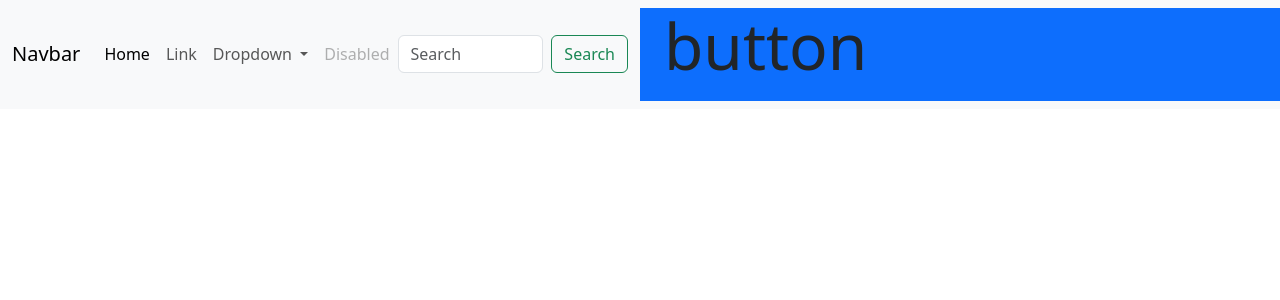
Repository: Riyakashiwala/practical
Page: riya 6th sem/book website.html
An editor plug-in stored every save of this project. The page is shown before and after the next save, followed by the edit.
The browser window is 1280 px wide. The pictures show the whole page.

Above is the page before, as saved 2024-12-11 06:34:24.

After the next save:
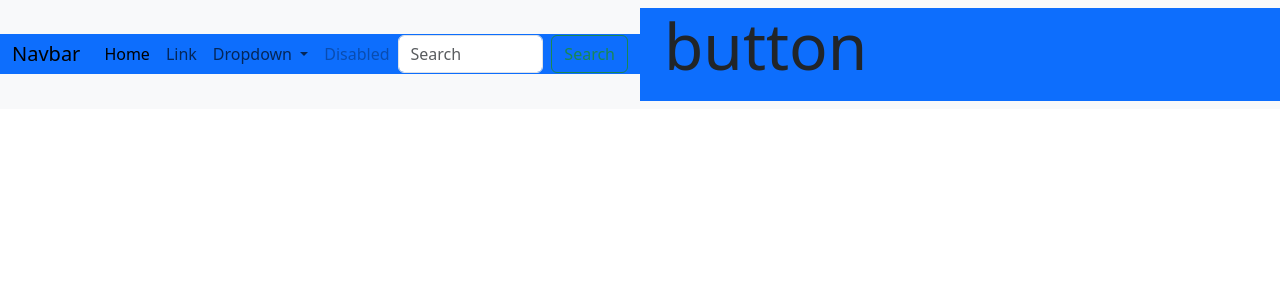
Saved 104 s later.
--- a/riya 6th sem/book website.html
+++ b/riya 6th sem/book website.html
@@ -10,7 +10,7 @@
 </head>
 <body>
     <nav class="navbar navbar-expand-lg bg-body-tertiary">
-        <div class="container-fluid">
+        <div class="container-fluid bg-primary">
             <a class="navbar-brand" href="#">Navbar</a>
             <button class="navbar-toggler" type="button" data-bs-toggle="collapse" data-bs-target="#navbarSupportedContent" aria-controls="navbarSupportedContent" aria-expanded="false" aria-label="Toggle navigation">
             <span class="navbar-toggler-icon"></span>
